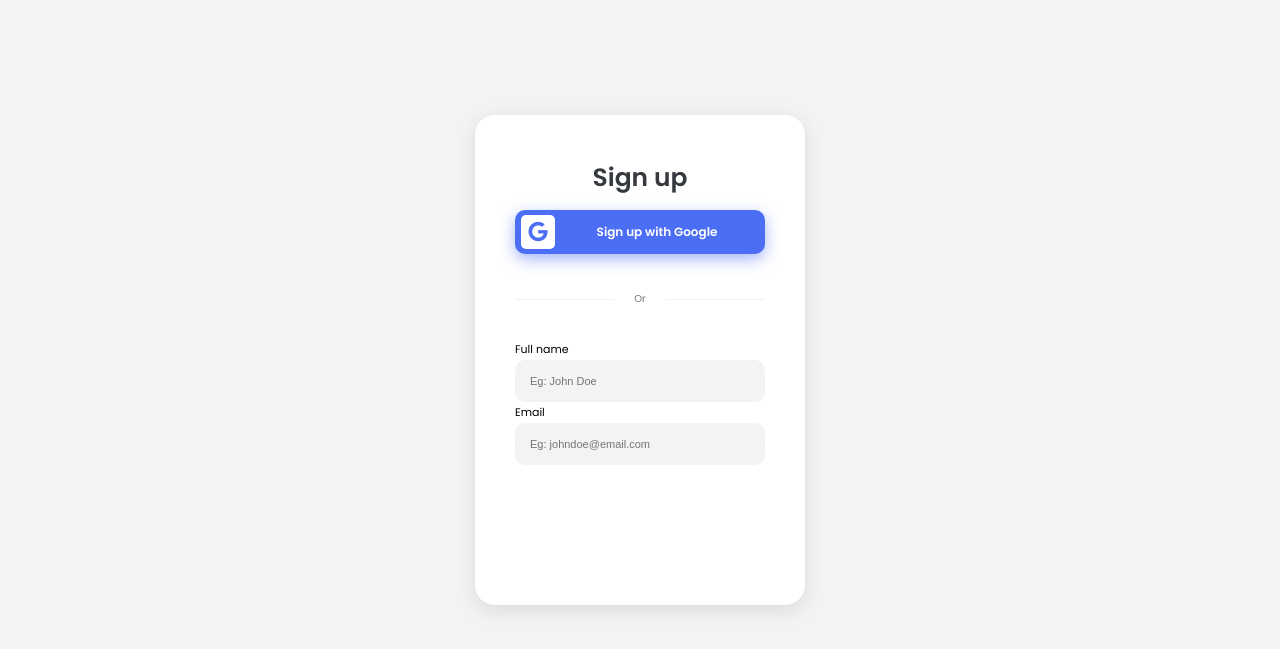
Repository: TranMinhMan040702/practice_html-css
Page: form-login/index.html
An editor plug-in stored every save of this project. The page is shown before and after the next save, followed by the edit.
The browser window is 1280 px wide. The pictures show the whole page.
Some web libraries are served in a nearby version.

Above is the page before, as saved 2022-08-24 13:37:46.

After the next save:
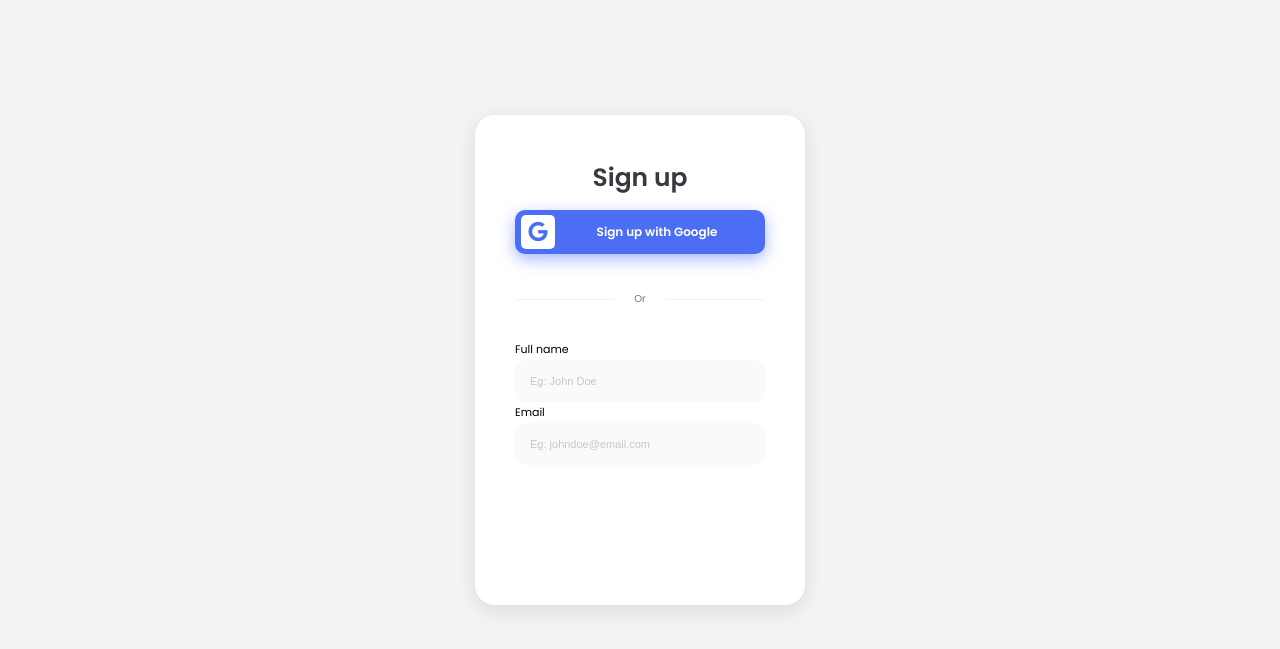
Saved 37 s later.
--- a/form-login/main.css
+++ b/form-login/main.css
@@ -115,6 +115,6 @@ body {
     background-color: #f2f3f5;
 }
 
-input[text] {
+input[placeholder] {
     opacity: 0.4;
 }
